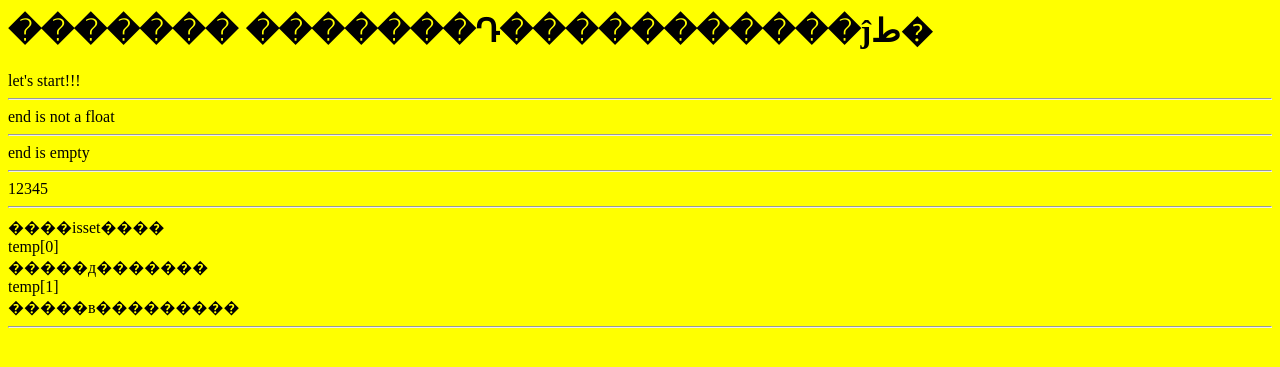
Repository: hanliyao/HelloWorld
Page: http://localhost/core/Common/testUnit.php
The author's editor kept a copy of each file at every save. The page is drawn from the files as they stood at one save, then again after the next save.
The browser window is 1280 px wide. The pictures show the whole page.
The page is run by PHP 8.4 with error messages shown; the project is at /var/www/html/.

Above is the page before, as saved 2016-02-05 02:09:12.

After the next save:
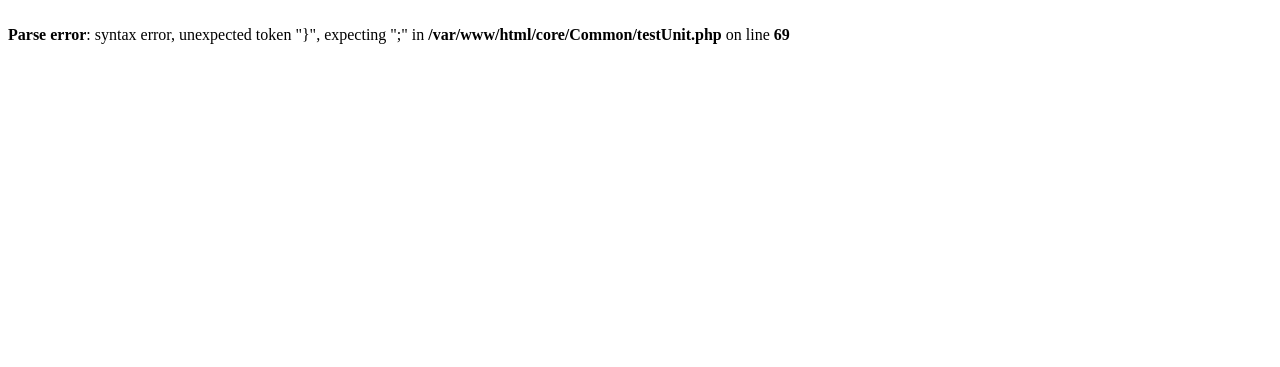
Saved 7 s later.
--- a/HelloWorld/core/Common/testUnit.php
+++ b/HelloWorld/core/Common/testUnit.php
@@ -63,7 +63,12 @@
            echo "<hr>";
            function parse_name($name, $type=0)
            {
+               if($type)
+               {
+                   return ucfirst(preg_replace($pattern, $replacement, $subject))
+               }else {
 
+               }
            }
         ?>
     </body>

After the save that followed:
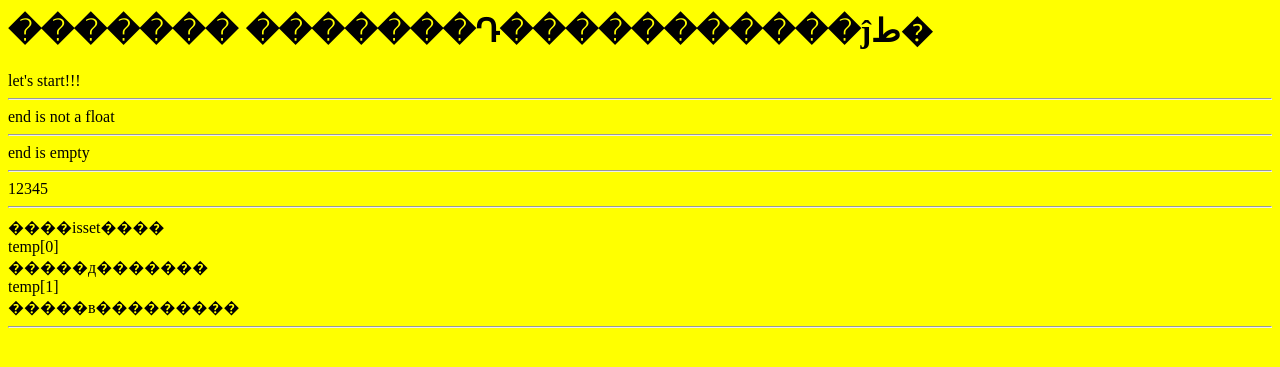
Saved 84 s later.
--- a/HelloWorld/core/Common/testUnit.php
+++ b/HelloWorld/core/Common/testUnit.php
@@ -61,15 +61,7 @@
                echo "鑒莉櫓꼇닸瞳鑒앴<br>";
            }
            echo "<hr>";
-           function parse_name($name, $type=0)
-           {
-               if($type)
-               {
-                   return ucfirst(preg_replace($pattern, $replacement, $subject))
-               }else {
 
-               }
-           }
-        ?>
+           ?>
     </body>
 </html>
